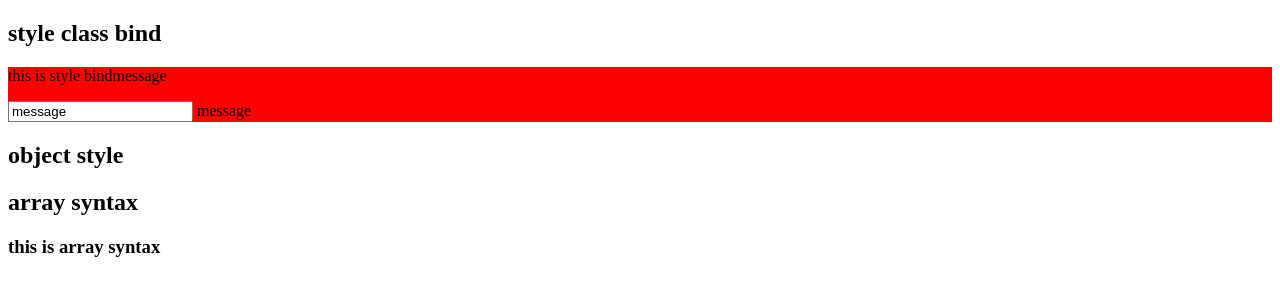
Repository: MeghaNagari/PracticeAtVMC
Page: Practice/VuePractice/WebContent/ClassStyleBind.html
The author's editor kept a copy of each file at every save. The page is drawn from the files as they stood at one save, then again after the next save.
The browser window is 1280 px wide. The pictures show the whole page.
Some web libraries are served in a nearby version.

Above is the page before, as saved 2018-03-19 18:09:52.

After the next save:
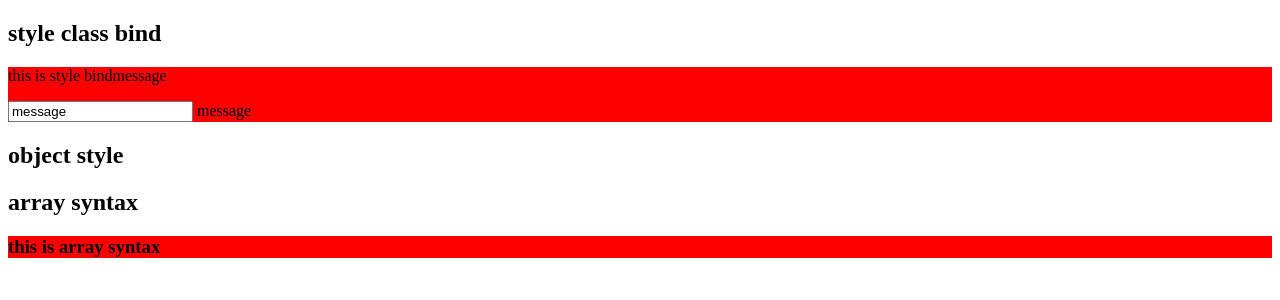
Saved 90 s later.
--- a/Practice/VuePractice/WebContent/ClassStyleBind.html
+++ b/Practice/VuePractice/WebContent/ClassStyleBind.html
@@ -37,11 +37,12 @@
 </div>
 
 <h2>array syntax</h2>
+<div id="test4">
 <div v-bind:class="[activeClass, errorClass]">
 <h3>this is array syntax</h3>
 
 </div>
-
+</div>
 </body>
 
 <script>
@@ -85,7 +86,7 @@ data: {
 
 new Vue({
 
-	el:"#test3",
+	el:"#test4",
 	data: {
 		  activeClass: 'active',
 		  errorClass: 'text-danger'
